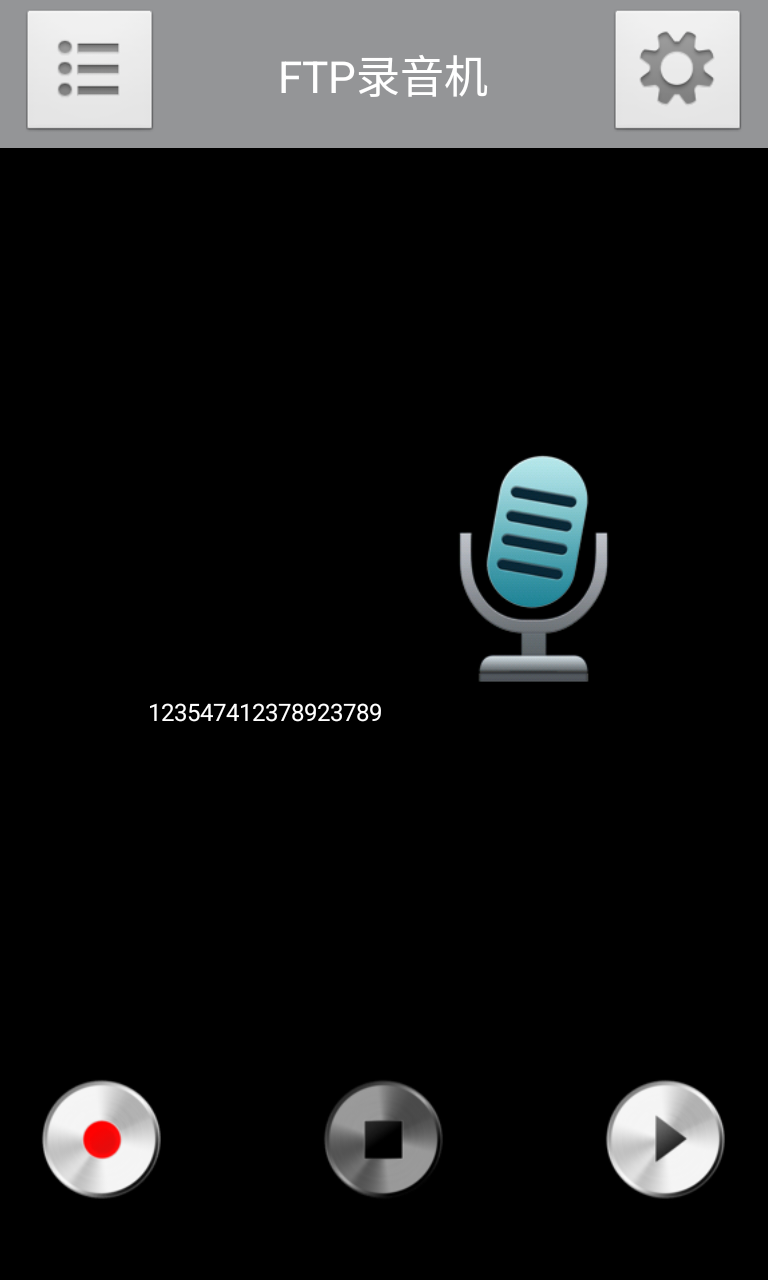
Repository: stone-jin/WAVRecoder
Layout: WAVRecoder2/res/layout/main.xml
The author's editor kept a copy of each file at every save. The layout is drawn from the files as they stood at one save, then again after the next save.
It is drawn on a 768 x 1280 px phone screen (xhdpi) without system bars, with theme Anim_style2; the app's code is not run.

Above is the layout before, as saved 2014-05-07 03:32:28.

### WAVRecoder2/res/layout/main.xml
<?xml version="1.0" encoding="utf-8"?>
<LinearLayout xmlns:android="http://schemas.android.com/apk/res/android"
    android:layout_width="match_parent"
    android:layout_height="match_parent"
    android:orientation="vertical" >

    <include layout="@layout/main_title"/>

    <RelativeLayout
        android:layout_width="fill_parent"
        android:layout_height="fill_parent"
        android:layout_weight="1"
        android:gravity="center"
        >

	    <ImageView
	        android:id="@+id/main_imageview"
	        android:layout_width="wrap_content"
	        android:layout_height="wrap_content"
	        android:background="@drawable/icon"
	        android:layout_centerInParent="true"
	        />

	    <TextView
	        android:layout_width="wrap_content"
	        android:layout_height="wrap_content"
	        android:text="123547412378923789"
	        android:textSize="12sp"
	        android:textColor="#ffffff"
	        android:layout_below="@id/main_imageview"
	        />

    </RelativeLayout>

    <RelativeLayout
        android:layout_width="fill_parent"
        android:layout_height="120dp"
        android:layout_marginBottom="10dp"
        >

        <Button
            android:layout_width="wrap_content"
            android:layout_height="wrap_content"
            android:background="@drawable/btn_rekam_normal"
            android:layout_marginLeft="15dp"
            android:layout_alignParentLeft="true"
            android:layout_centerVertical="true"
            />

        <Button
            android:layout_width="wrap_content"
            android:layout_height="wrap_content"
            android:background="@drawable/btn_stop_disabled"
            android:layout_marginLeft="10dp"
            android:layout_centerInParent="true"
            />

        <Button
            android:layout_width="wrap_content"
            android:layout_height="wrap_content"
            android:background="@drawable/btn_play_normal"
            android:layout_marginRight="15dp"
			android:layout_alignParentRight="true"
			android:layout_centerVertical="true"
            />

    </RelativeLayout>


</LinearLayout>

### WAVRecoder2/res/values/styles.xml
<resources>

    <!--
        Base application theme, dependent on API level. This theme is replaced
        by AppBaseTheme from res/values-vXX/styles.xml on newer devices.
    -->
    <style name="AppBaseTheme" parent="android:Theme.Light">
        <!--
            Theme customizations available in newer API levels can go in
            res/values-vXX/styles.xml, while customizations related to
            backward-compatibility can go here.
        -->
    </style>

    <!-- Application theme. -->
    <style name="AppTheme" parent="AppBaseTheme">
        <!-- All customizations that are NOT specific to a particular API-level can go here. -->
    </style>

    <!-- ####################以上内容全部来自搬运 ############################################ -->

    <style name="AnimFade" parent="@android:style/Animation.Activity">
    	<item name="android:activityOpenEnterAnimation">@anim/fade_in</item>
    	<item name="android:activityOpenExitAnimation">@anim/hold</item>
    	<item name="android:activityCloseEnterAnimation">@anim/fade_in</item>
    	<item name="android:activityCloseExitAnimation">@anim/fade_out</item>
	</style>
	<style name="AnimBottom" parent="@android:style/Animation">
    	<item name="android:windowEnterAnimation">@anim/push_bottom_in</item>
        <item name="android:windowExitAnimation">@anim/push_bottom_out</item>
	</style>
	<style name="AnimTop" parent="@android:style/Animation">
    	<item name="android:windowEnterAnimation">@anim/push_top_in</item>
        <item name="android:windowExitAnimation">@anim/push_top_out</item>
	</style>
	<style name="AnimTop2" parent="@android:style/Animation">
    	<item name="android:windowEnterAnimation">@anim/push_top_in2</item>
        <item name="android:windowExitAnimation">@anim/push_top_out2</item>
	</style>
	<style name="AnimHead" parent="@android:style/Animation">
    	<item name="android:windowEnterAnimation">@anim/head_in</item>
        <item name="android:windowExitAnimation">@anim/head_out</item>
	</style>

   	<style name="Anim_style" parent="android:Theme.NoTitleBar.Fullscreen">
        <item name="android:windowAnimationStyle">@style/AnimFade</item>
	</style>

	<style name="Anim_style2" parent="android:Theme.NoTitleBar">  <!-- 表示没有titlebar这个框 -->
        <item name="android:windowAnimationStyle">@style/AnimFade</item>     <!-- 定义其中打开或者保持或者关闭的时候的效果 -->
	</style>

	<style name="Anim_style_title" parent="android:Theme">
        <item name="android:windowAnimationStyle">@style/AnimFade</item>
        <item name="android:windowTitleSize">50dp</item>
        <item name="android:windowTitleBackgroundStyle">@style/CustomWindowTitleBackground</item>
	</style>

	<style name="CustomWindowTitleBackground">
       <item name="android:background">@drawable/title_bar</item>
	</style>

	<style name="MyDialogStyle">
        <item name="android:windowBackground">@android:color/transparent</item>
        <item name="android:windowFrame">@null</item>
        <item name="android:windowNoTitle">true</item>
        <item name="android:windowIsFloating">true</item>
        <item name="android:windowIsTranslucent">true</item>
        <item name="android:windowContentOverlay">@null</item>
        <item name="android:windowAnimationStyle">@android:style/Animation.Dialog</item>
        <item name="android:backgroundDimEnabled">true</item>
    </style>

    <style name="MyDialogStyleBottom" parent="android:Theme.Dialog" >
        <item name="android:windowAnimationStyle">@style/AnimBottom</item>
        <item name="android:windowFrame">@null</item><!--边框-->
        <item name="android:windowIsFloating">true</item><!--是否浮现在activity之上-->
        <item name="android:windowIsTranslucent">true</item><!--半透明-->
        <item name="android:windowNoTitle">true</item><!--无标题-->
        <item name="android:windowBackground">@android:color/transparent</item><!--背景透明-->
        <item name="android:backgroundDimEnabled">true</item><!--模糊-->
     </style>

     <style name="MyDialogStyleTop" parent="android:Theme.Dialog" >
        <item name="android:windowAnimationStyle">@style/AnimTop2</item>
        <item name="android:windowFrame">@null</item><!--边框-->
        <item name="android:windowIsFloating">true</item><!--是否浮现在activity之上-->
        <item name="android:windowIsTranslucent">true</item><!--半透明-->
        <item name="android:windowNoTitle">true</item><!--无标题-->
        <item name="android:windowBackground">@android:color/transparent</item><!--背景透明-->
        <item name="android:backgroundDimEnabled">false</item><!--模糊-->
     </style>

    <style name="HeadScale" parent="android:Theme.Dialog" >
        <item name="android:windowAnimationStyle">@style/AnimHead</item>
        <item name="android:windowFrame">@null</item><!--边框-->
        <item name="android:windowIsFloating">true</item><!--是否浮现在activity之上-->
        <item name="android:windowIsTranslucent">true</item><!--半透明-->
        <item name="android:windowNoTitle">true</item><!--无标题-->
        <item name="android:windowBackground">@android:color/black</item>
        <item name="android:backgroundDimEnabled">false</item><!--模糊-->
     </style>

    <style name="MyProgressBar" parent="android:Widget.ProgressBar">
        <item name="android:indeterminateDrawable">@drawable/loading</item>
	</style>

</resources>

### WAVRecoder2/res/layout/main_title.xml
<?xml version="1.0" encoding="utf-8"?>
<RelativeLayout xmlns:android="http://schemas.android.com/apk/res/android"
    android:layout_width="fill_parent"
    android:layout_height="wrap_content"
    android:background="#949597"
    android:paddingTop="4dp"
    android:paddingBottom="4dp"
    >

    <ImageButton
        android:layout_width="wrap_content"
        android:layout_height="wrap_content"
        android:src="@drawable/ic_menu_list"
        android:layout_alignParentLeft="true"
        android:layout_centerVertical="true"
        android:layout_marginLeft="10dp"
        />

    <TextView
        android:layout_width="wrap_content"
        android:layout_height="wrap_content"
        android:text="FTP录音机"
        android:textColor="#ffffff"
        android:textSize="22sp"
        android:layout_centerInParent="true"
        />

    <ImageButton
        android:layout_width="wrap_content"
        android:layout_height="wrap_content"
        android:src="@drawable/ic_menu_pengaturan"
        android:layout_alignParentRight="true"
        android:layout_centerVertical="true"
        android:layout_marginRight="10dp"
        />


</RelativeLayout>

After the next save:
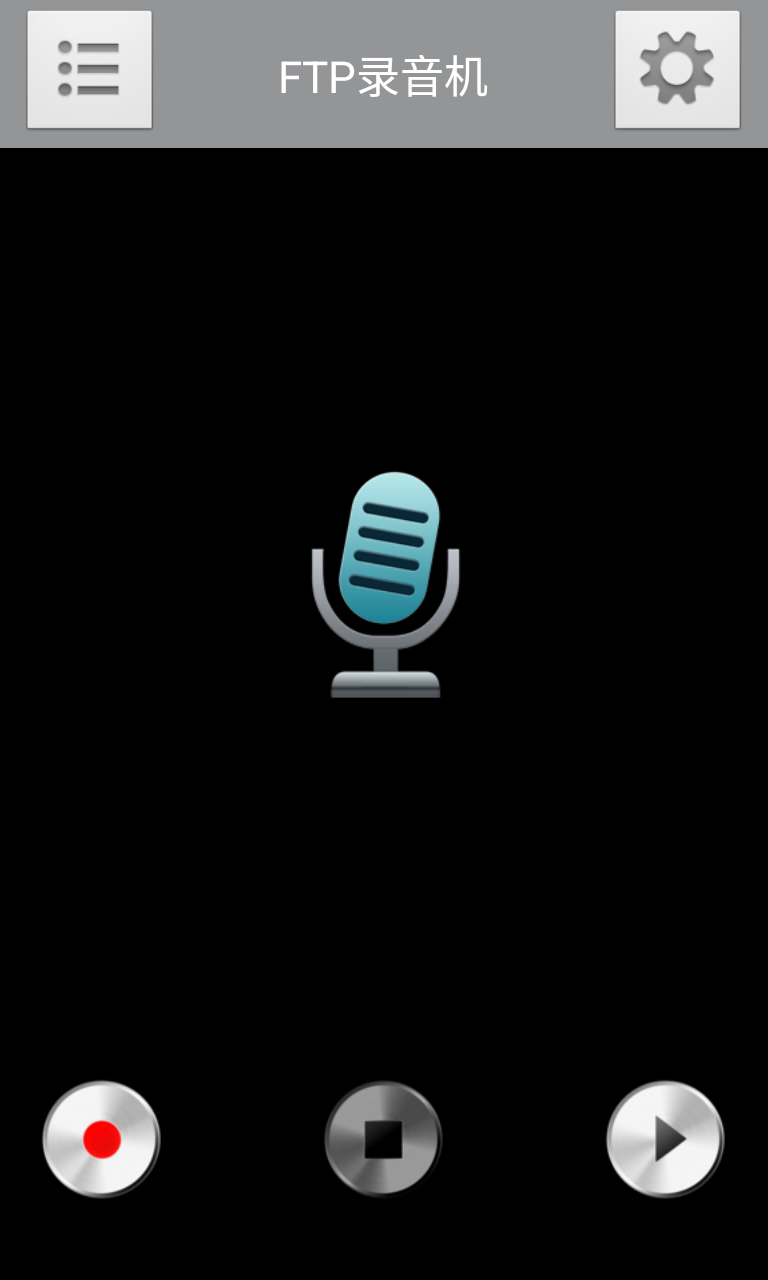
Saved 11 s later.
--- a/WAVRecoder2/res/layout/main.xml
+++ b/WAVRecoder2/res/layout/main.xml
@@ -21,14 +21,7 @@
 	        android:layout_centerInParent="true"
 	        />
 
-	    <TextView
-	        android:layout_width="wrap_content"
-	        android:layout_height="wrap_content"
-	        android:text="123547412378923789"
-	        android:textSize="12sp"
-	        android:textColor="#ffffff"
-	        android:layout_below="@id/main_imageview"
-	        />
+
 
     </RelativeLayout>
 
